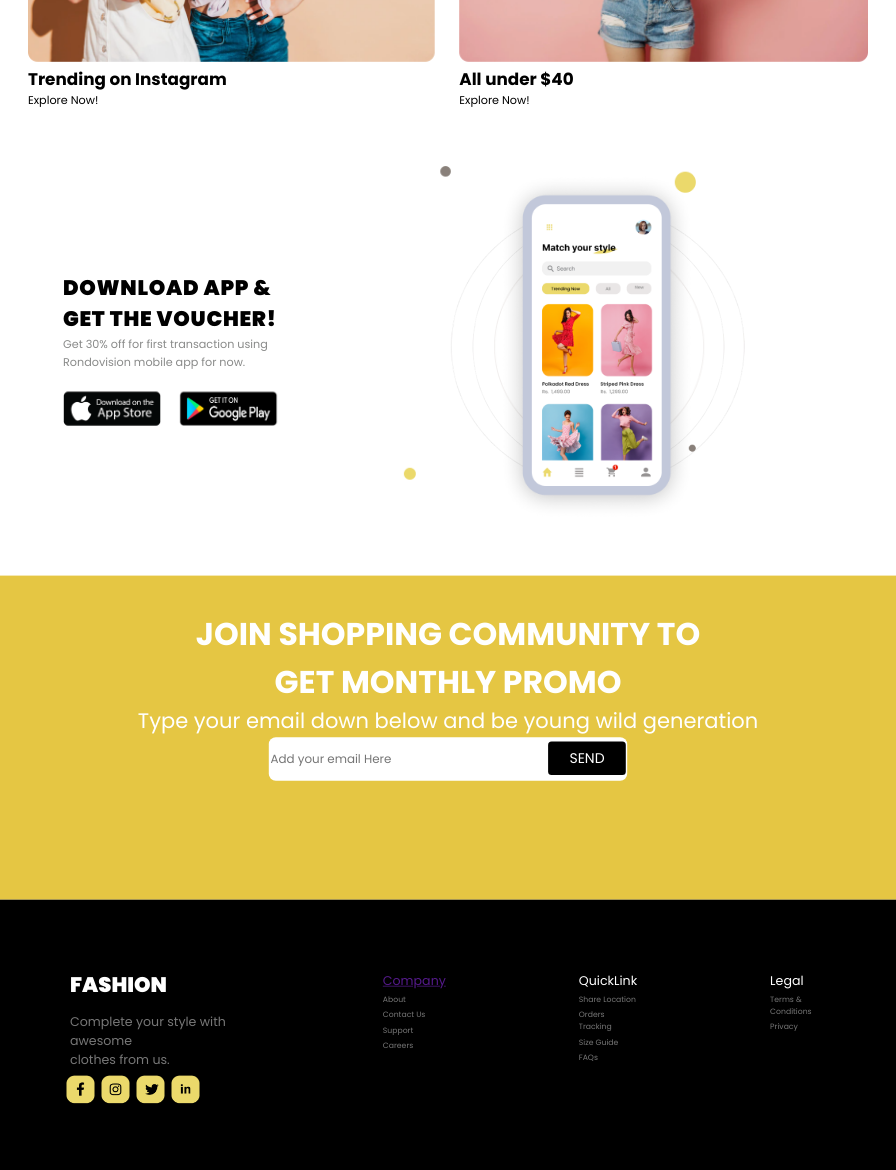
Repository: isaacCodes1/FashionWebsite
Page: index.html
The author's editor kept a copy of each file at every save. The page is drawn from the files as they stood at one save, then again after the next save.
The browser window is 1280 px wide. The pictures show the part of the page from y = 2745 to 4665 px (the page is 4417 px tall before and 4665 px after), at 70% of full size.

Above is the page before, as saved 2024-03-14 11:34:30.

### index.html
<!DOCTYPE html>
<html lang="en">
  <head>
    <meta charset="UTF-8" />
    <meta name="viewport" content="width=device-width, initial-scale=1.0" />
    <title>Shopping Site Assignment</title>
    <link rel="stylesheet" href="style.css" />
  </head>
  <body>
    <header>
      <nav>
        <!--------- NavItems ------->
        <div class="image">
          <a href="#"><img src="/Assets/Vector (3).png" />FASHION</a>
        </div>
        <div class="navItems">
          <ul>
            <li><a href="#">CATALOGUE</a></li>
            <li><a href="#">FASHION</a></li>
            <li><a href="#">FAVORITE</a></li>
            <li><a href="#">LIFESTYLE</a></li>
          </ul>
          <button>SIGN UP</button>
        </div>
      </nav>
    </header>
    <main>
      <!------- FirstPage ------>
      <section class="firstPageCont">
        <div class="FirstPage">
          <div class="txtCont">
            <h1>
              <span class="spn1">LET'S <br /></span>EXPLORE <br />
              <span class="spn2">UNIQUE <br /></span>CLOTHES.
            </h1>
            <p>Live for Influential and Innovative fashion!</p>
            <div class="txtBtn">
              <img src="/Assets/Vector 9.png" alt="" />
              <button class="btns">Shop Now</button>
            </div>
          </div>
          <div class="imgCont">
            <div class="star1"><img src="/Assets/Star 11.png" alt="" /></div>
            <div class="star2"><img src="/Assets/Star 11.png" alt="" /></div>
            <div class="star3"><img src="/Assets/Star 11.png" alt="" /></div>
            <div class="star4"><img src="/Assets/Star 11.png" alt="" /></div>
            <img src="/Assets/girl.png" alt="" />
          </div>
        </div>
      </section>
      <!------ Logos ------->
      <section class="firstPageFooter">
        <div class="logoCont">
          <img src="/Assets/HM.png" alt="" />
          <img src="/Assets/Obey.png" alt="" />
          <img src="/Assets/Shopify.png" alt="" />
          <img src="/Assets/Lacoste.png" alt="" />
          <img src="/Assets/Levis.png" alt="" />
          <img src="/Assets/Amazon.png" alt="" />
        </div>
      </section>
      <section class="nextPageCont">
        <div class="nextPageText">
          <h1>NEW ARRIVALS</h1>
          <img src="/Assets/Vector 9.png" alt="" />
        </div>
        <div class="prettyImages">
          <div class="Images">
            <div class="prettyImg">
              <img src="/Assets/image1.png" alt="" />
            </div>
            <div class="prettyText">
              <div class="txtIcon">
                <h1>Hoodies & Sweatshirt</h1>
                <p>Explore Now!</p>
              </div>
              <div class="icons"></div>
            </div>
          </div>
          <div class="Images">
            <div class="prettyImg">
              <img src="/Assets/image2.png" alt="" />
            </div>
            <div class="prettyText">
              <div class="txtIcon">
                <h1>Coats & Parkas</h1>
                <p>Explore Now!</p>
              </div>
              <div class="icons"></div>
            </div>
          </div>
          <div class="Images">
            <div class="prettyImg">
              <img src="/Assets/image3.png" alt="" />
            </div>
            <div class="prettyText">
              <div class="txtIcon">
                <h1>Tees & T-Shirt</h1>
                <p>Explore Now!</p>
              </div>
              <div class="icons"></div>
            </div>
          </div>
        </div>
      </section>
      <section class="payDay">
        <div class="genDiv">
          <div class="yellowImg">
            <img src="/Assets/image 12.png" alt="" />
          </div>
          <div class="yellowTxt">
            <h1><span class="spn3">PAYDAY</span>SALE NOW</h1>
            <p>
              Spend minimal $100 get 30% off <br />voucher code for your next
              purchase
            </p>
            <p><strong>1 June -10 June 2021</strong></p>
            <p class="para">*Terms &Conditions apply</p>
            <button class="btn">SHOP NOW</button>
          </div>
        </div>
      </section>
      <!--------   Images   ------->
      <section class="nextPageCont">
        <div class="nextPageText">
          <h1>Young's Favorite.</h1>
          <img class="vector" src="/Assets/Vector 9.png" alt="" />
        </div>
        <div class="prettyImages">
          <div class="Images">
            <div class="prettyImg">
              <img src="/Assets/Girls.png" alt="" />
            </div>
            <div class="prettyText">
              <div class="txtIcon">
                <h1>Trending on Instagram</h1>
                <p>Explore Now!</p>
              </div>
              <div class="icons"></div>
            </div>
          </div>

          <div class="Images">
            <div class="prettyImg">
              <img src="/Assets/Rectangle 49.png" alt="" />
            </div>
            <div class="prettyText">
              <div class="txtIcon">
                <h1>All under $40</h1>
                <p>Explore Now!</p>
              </div>
              <div class="icons"></div>
            </div>
          </div>
        </div>
      </section>
      <!---- Apps----->
      <section class="nextPageCont2">
        <div class="nextPageText2">
          <h1>DOWNLOAD APP & <br />GET THE VOUCHER!</h1>
          <p>
            Get 30% off for first transaction using <br />Rondovision mobile app
            for now.
          </p>
          <div class="store">
            <a href="https://www.apple.com/store"
              ><img src="/Assets/Apple Store.png" alt=""
            /></a>
            <a href="https://play.google.com/store/games?hl=en&gl=US&pli=1"
              ><img src="/Assets/Google Play.png" alt=""
            /></a>
          </div>
        </div>
        <div class="Images2">
          <div class="prettyImg2">
            <img src="/Assets/Mobile app.png" alt="" />
            <div class="circle1"><img src="/Assets/circle.png" alt="" /></div>
            <div class="circley"><img src="/Assets/circle y.png" alt="" /></div>
            <div class="circleye">
              <img src="/Assets/circle y.png" alt="" />
            </div>
            <div class="circle2"><img src="/Assets/circle.png" alt="" /></div>
            <div class="bigC"><img src="/Assets/back1.png" alt="" /></div>
            <div class="largeC">
              <img src="/Assets/lagrescircle.png" alt="" />
            </div>
            <div class="largeC1">
              <img src="/Assets/lagrescircle.png" alt="" />
            </div>
          </div>
        </div>
        <div class="icons"></div>
      </section>
      <!------ Footer ------>
      <section class="footer">
        <div class="footerDiv">
          <div class="h1footer">
            <h1>
              JOIN SHOPPING COMMUNITY TO <br />
              GET MONTHLY PROMO
            </h1>
          </div>
          <div class="pFooter">
            <p>Type your email down below and be young wild generation</p>
            <div class="input">
              <input
                class="input"
                type="text"
                placeholder="Add your email Here"
              />
              <a href="damizickola@gmail.com">SEND</a>
            </div>
          </div>
        </div>
      </section>
      <section class="foot">
        <div class="footDiv">
          <div class="footTxt">
            <h1>FASHION</h1>
            <p>
              Complete your style with awesome <br />
              clothes from us.
            </p>
            <div class="socialIcons">
              <div class="icon">
               <a href="https://www.facebook.com/profile.php?id=61551880766580"> <img src="/Assets/Facebook.png" alt="" /></a>
              </div>
              <div class="icon">
                <a href="https://www.instagram.com/"><img src="/Assets/Instagram.png" alt="" /></a>
              </div>
              <div class="icon">
                <a href="#"><img src="/Assets/Twitter.png" alt="" /></a>
              </div>
              <div class="icon">
                <a href="#"><img src="/Assets/Linkedn.png" alt="" /></a>
              </div>
            </div>
          </div>

          <div class="socialIcons">
            <div class="links">
              <div class="links1"><a href="">Company</div></a>
              <div class="links2"><a href=""></a>About</div>
              <div class="links2">Contact Us</div>
              <div class="links2">Support</div>
              <div class="links2">Careers</div>
            </div>
            <div class="links">
              <div class="links1">QuickLink</div>
              <div class="links2">Share Location</div>
              <div class="links2">Orders Tracking</div>
              <div class="links2">Size Guide</div>
              <div class="links2">FAQs</div>
            </div>
            <div class="links">
              <div class="links1">Legal</div>
              <div class="links2">Terms & Conditions</div>
              <div class="links2">Privacy</div>
            </div>
          </div>
        </div>
      </section>
    </main>
  </body>
</html>

### style.css
@import url("https://fonts.googleapis.com/css2?family=Poppins:ital,wght@0,100;0,200;0,300;0,400;0,500;0,600;0,700;0,800;0,900;1,100;1,200;1,300;1,400;1,500;1,600;1,700;1,800;1,900&display=swap");
* {
  margin: 0;
  padding: 0;
  box-sizing: border-box;
  font-family: "Poppins", sans-serif;
}
nav {
  display: flex;
  align-items: center;
  justify-content: space-between;
  width: 100%;
  padding: 20px 40px;
}
.image a {
  display: flex;
  align-items: center;
  gap: 6px;
  text-decoration: none;
  color: #000;
  font-size: 16px;
  font-weight: 900;
}
.image a img {
  width: 16%;
}
.navItems {
  display: flex;
  gap: 30px;
  align-items: center;
}
.navItems ul {
  display: flex;
  gap: 30px;
  list-style: none;
}
.navItems ul li a {
  text-decoration: none;
  color: #000;
  font-size: 16px;
  font-weight: 500;
}
.navItems ul li:hover {
  transform: scale(1.05);
  transition: 1s ease-in-out;
}
.navItems button {
  border: 0;
  background: #000;
  padding: 10px 20px;
  color: #fff;
  border-radius: 5px;
  font-size: 13px;
}
.navItems button:hover {
  transform: scale(1.05);
  transition: 1s ease-in-out;
  color: #000;
  background: rgb(137, 136, 136);
}
/* firstPageCtn */
.firstPageCont {
  padding: 20px 40px;
}
.FirstPage {
  display: flex;
  flex: 1;
  width: 100%;
  height: 90vh;
  padding: 40px 10px 0px 10px;
  border-radius: 30px;
  background: #f4f6f5;
}
.txtCont {
  display: flex;
  flex: 0.5;
  flex-direction: column;
  gap: 10px;
  padding-left: 40px;
}

.txtCont h1 {
  font-size: 64px;
  font-weight: 900;
  width: 50%;
  line-height: 75px;
}

.txtCont p {
  font-size: 20px;
}
.txtBtn {
  display: flex;
  align-items: center;
  width: 80%;
  margin-top: 10px;
  gap: 10px;
}
.btns {
  border: 0;
  background: #000;
  padding: 10px 20px;
  color: #fff;
  border-radius: 5px;
  font-size: 13px;
}
.btns:hover {
  transform: scale(1.05);
  transition: 1s ease-in-out;
  color: #000;
  background: rgb(137, 136, 136);
}
.txtBtn img {
  width: 100px;
}
.imgCont {
  flex: 0.5;
  display: flex;
  position: relative;
}
.star1 {
  position: absolute;
  top: 5px;
  left: 10px;
}
.star1 img {
  width: 30px;
}
.star2 {
  position: absolute;
  top: 20px;
  left: 450px;
}
.star2 img {
  width: 30px;
}
.star3 {
  position: absolute;
  bottom: 10px;
  left: 70px;
}
.star3 img {
  width: 30px;
}
.star4 {
  position: absolute;
  bottom: 20px;
  left: 400px;
}
.star4 img {
  width: 30px;
}
.spn1 {
  display: flex;
  align-items: center;
  background-image: url(/Assets/rectangle1.png);
  background-size: cover;
  background-repeat: no-repeat;
  width: 100%;
  padding-left: 20px;
}
.spn2 {
  background-image: url(/Assets/Rectangle2.png);
  background-size: cover;
  background-repeat: no-repeat;
  padding-right: 50px;
  padding-left: 20px;
}
/* next Page */
.firstPageFooter {
  background: #ebd96b;
  padding: 20px 30px;
  display: flex;
  align-items: center;
  justify-content: center;
}
.logoCont {
  display: flex;
  justify-content: center;
  gap: 50px;
}
.logoCont img {
  width: 7%;
}
.nextPageCont {
  margin-top: 20px;
  padding: 20px 40px;
  display: flex;
  flex-direction: column;
  gap: 55px;
  margin-bottom: 50px;
}
.nextPageText {
  position: relative;
}
.nextPageText h1 {
  font-size: 38px;
  letter-spacing: 1px;
  font-weight: 900;
}
.nextPageText img {
  position: absolute;
  bottom: 5px;
  left: 200px;
  width: 10%;
  z-index: -1;
}
.prettyImages {
  display: flex;
  gap: 35px;
}

.prettyImg img {
  width: 100%;
}
.payDay {
  background: linear-gradient(
    1.32deg,
    #e0c340 0.13%,
    #dfc23e 3.97%,
    #e1c441 7.2%,
    #e3c743 10.13%,
    #e4c542 12.98%,
    #e6c744 15.99%,
    #e7c845 19.52%,
    #e5c643 23.96%,
    #e6c945 30.43%,
    #e3c743 36.49%,
    #e9ca48 42.49%,
    #edce49 49.35%,
    #f0d44c 55.42%,
    #f4d84f 61.43%,
    #f6da52 65.74%,
    #f7db53 72.23%,
    #f9dd55 77.43%,
    #f9df56 83.84%,
    #fae157 91.52%,
    #f9df56 97.87%
  );
}
.yellowTxt {
  flex-direction: column;
  margin-bottom: 10px;
}
.yellowTxt h1 {
  font-size: 65px;
  font-weight: 900;
}
.yellowTxt p {
  font-size: 22px;
  font-weight: 500;
}

.yellowImg img {
  flex: 0.5;
  display: flex;
  width: 600px;
  position: relative;
}

.genDiv {
  display: flex;
  align-items: center;
}
.btn {
  border: 0;
  background: #000;
  padding: 15px 25px;
  color: #fff;
  border-radius: 5px;
  font-size: 18px;
  font-weight: 500;
}
.btn:hover {
  transform: scale(1.05);
  transition: 1s ease-in-out;
  color: #000;
  background: rgb(137, 136, 136);
}
.spn3 {
  display: flex;
  background-image: url(/Assets/rectangle1.png);
  background-size: cover;
  background-repeat: no-repeat;
  width: 300px;
}
.nxtSect {
  margin-top: 20px;
  padding: 20px 40px;
  display: flex;
  flex-direction: column;
  gap: 50px;
  margin-bottom: 50px;
}
.nxtSectText {
  position: relative;
}
.nxtSectText h1 {
  font-size: 38px;
  letter-spacing: 1px;
  font-weight: 900;
}
.nxtSectText img {
  position: absolute;
  bottom: 6px;
  left: 250px;
  width: 10%;
  z-index: -1;
}
.assetText {
  display: flex;
  flex-direction: column;
}

/* storeSection */
.nextPageCont1 {
  margin-top: 20px;
  padding: 20px 40px;
  display: flex;
  flex-direction: column;
  gap: 50px;
  margin-bottom: 50px;
}
.nextPageText1 {
  position: relative;
  margin-left: 70px;
}
.nextPageText1 h1 {
  font-size: 38px;
  letter-spacing: 1px;
  font-weight: 900;
}
.prettyImages1 {
  display: flex;
  gap: 35px;
}
.prettyImg1 img {
  width: 40%;
  cursor: pointer;
}
.Images2 {
  display: flex;
}
.prettyImg2 {
  position: relative;
}
.prettyImg2 img {
  width: 70;
  height: 500px;
  margin-left: 70px;
}
.nextPageCont2 {
  margin-top: 20px;
  padding: 20px 40px;
  display: flex;
  gap: 50px;
  margin-bottom: 50px;
  display: flex;
  justify-content: space-between;
  align-items: center;
}
.nextPageText2 {
  display: flex;
  flex-direction: column;
  margin-left: 50px;
}
.nextPageText2 p {
  margin-bottom: 30px;
  color: #898a89;
}
.nextPageText2 h1 {
  font-size: 30px;
  letter-spacing: 1px;
  font-weight: 900;
}
.nextPageText2 img {
  width: 30%;
  cursor: pointer;
  display: flex;
}
.store {
  display: flex;
  justify-content: space-between;

}
.store a img{
   width: 140px;
   gap: 50px;
}
.circle1 {
  position: absolute;
  right: 350px;
  bottom: 500px;
}
.circle1 img {
  width: 15px;
  height: 15px;
  display: flex;
}
.circley {
  position: absolute;
  right: 0;
  bottom: 470px;
}
.circley img {
  width: 30px;
  height: 30px;
}
.circleye {
  position: absolute;
  right: 400px;
  bottom: 60px;
}
.circleye img {
  width: 17px;
  height: 17px;
}
.circle2 {
  position: absolute;
  right: 0;
  bottom: 100px;
}
.circle2 img {
  width: 10px;
  height: 10px;
}
.elipses {
  position: absolute;
}
.bigC {
  position: absolute;
  right: -12px;
  bottom: 100px;
  z-index: -1;
}
.bigC img {
  width: 300px;
  height: 300px;
  background: transparent;
}

.largeC {
  position: absolute;
  right: -41px;
  bottom: 70px;
  z-index: -1;
}
.largeC img {
  width: 360px;
  height: 360px;
  /* background: transparent; */
}
.largeC1 {
  position: absolute;
  right: -70px;
  bottom: 50px;
  z-index: -1;
}
.largeC1 img {
  width: 420px;
  height: 400px;
}
.footerDiv {
  background: #e5c643;
  padding-bottom: 170px;
}
.h1footer {
  color: #fff;
  text-align: center;
  padding-top: 50px;
  font-size: 30px;
  font-weight: 1000;
}
.pFooter {
  display: flex;
  flex-direction: column;
  justify-content: center;
  align-items: center;
  text-align: center;
  color: #fff;
  font-size: 30px;
}

.input {
  background: #fff;
  width: 40%;
  padding: 5px 0px;
  border-radius: 10px;
}
.input input {
  background: none;
  border: 0;
  padding: 13px 0px 13px 0px;
  width: 76%;
  font-size: 17px;
  outline: 0;
}
.input a {
  font-size: 20px;
  text-decoration: 0;
  color: #fff;
  background: #000;
  padding: 10px 30px;
  border-radius: 5px;
}
.input a:hover{
  transform: scale(1.05);
  transition: 1s ease-in-out;
  color: #000;
  background: rgb(137, 136, 136);
}

.footDiv {
  display: flex;
  background: #000;

  place-items: center;
  padding: 100px;
}

.footTxt {
  display: flex;
  flex-direction: column;
  gap: 15px;
}
.footTxt h1 {
  color: #fff;
  font-size: 30px;
  font-weight: 900;
}
.footTxt p {
  color: #777;
  font-size: 18px;
}
.socialIcons {
  display: flex;
  gap: 20px;
}

.icon {
  background: #ebd96b;
  width: 30px;
  display: flex;
  align-items: center;
  justify-content: center;
  height: 30px;
  border-radius: 8px;
}
.icon img {
  display: flex;
  align-items: center;
  width: 40px;
  place-items: center;
}
.links {
  margin-left: 150px;
  padding-right: 20px;
  margin-bottom: 50px;
}
.links1 {
  display: flex;
  flex-direction: column;
  color: #fff;
  font-size: 18px;
  margin-top: 0px;
}
.links2 {
  color: #777;
  font-size: 11px;
  padding-top: 5px;
}

After the next save:
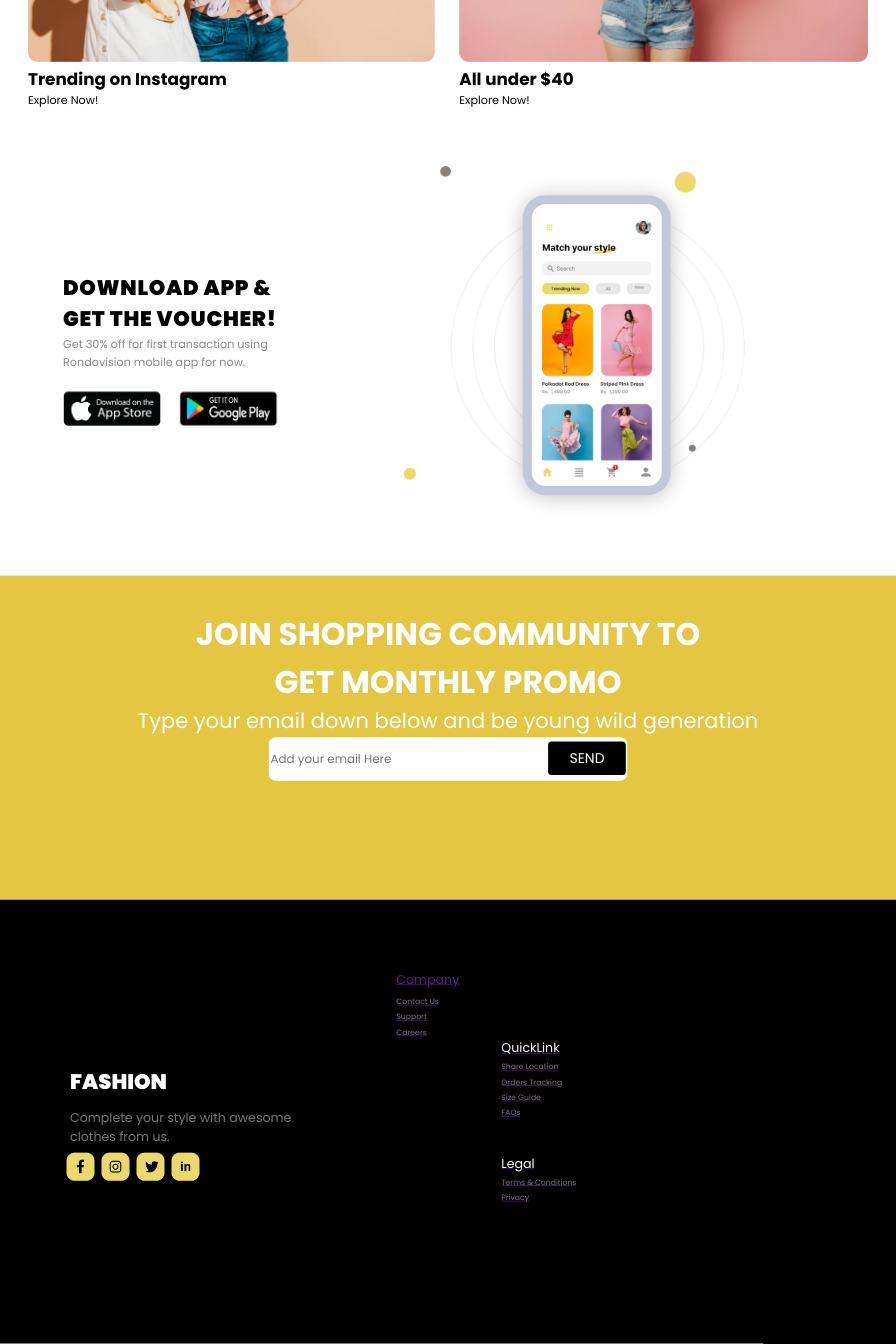
Saved 4 s later.
--- a/index.html
+++ b/index.html
@@ -240,7 +240,7 @@
           <div class="socialIcons">
             <div class="links">
               <div class="links1"><a href="">Company</div></a>
-              <div class="links2"><a href=""></a>About</div>
+              <div class="links2"><a href=""><About</div>
               <div class="links2">Contact Us</div>
               <div class="links2">Support</div>
               <div class="links2">Careers</div>

After the 3 saves that followed:
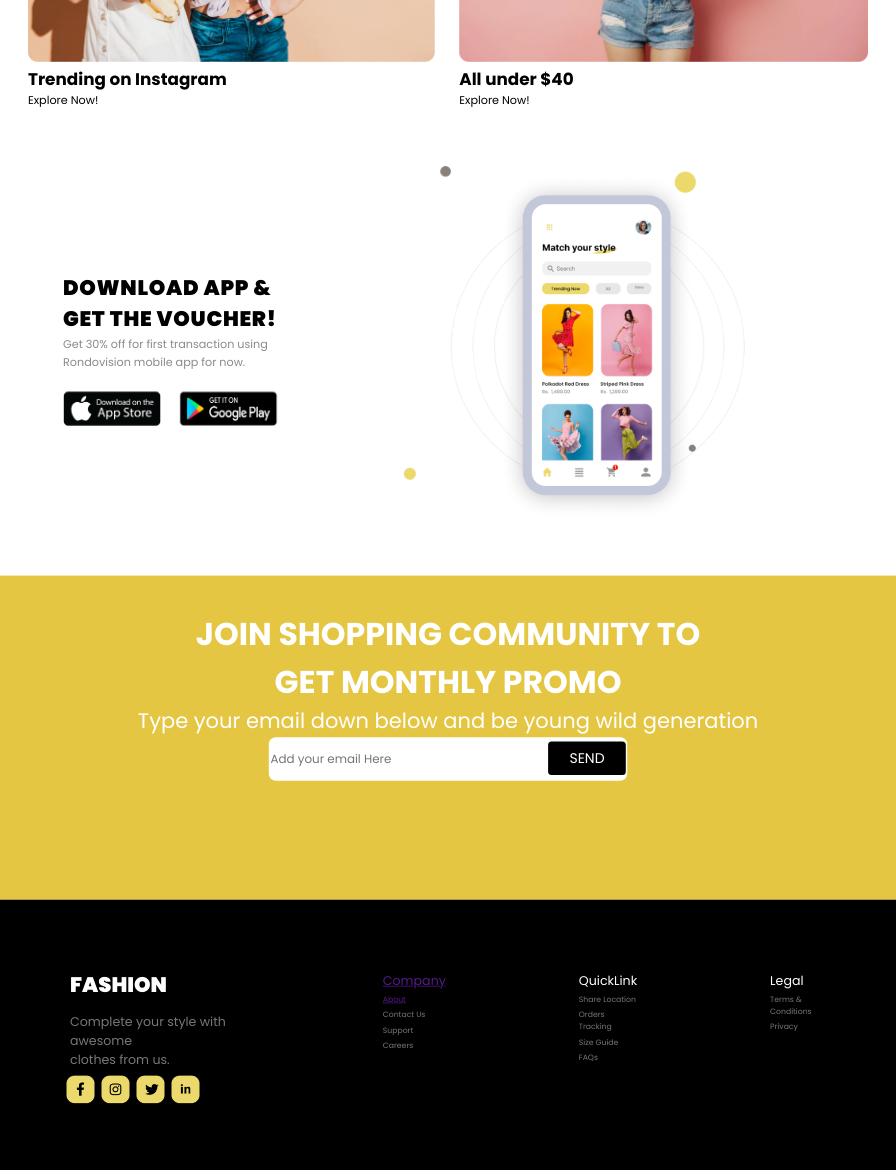
The 3 saves are shown as one change because they came seconds apart.
The last was saved 12 s later.
--- a/index.html
+++ b/index.html
@@ -240,7 +240,7 @@
           <div class="socialIcons">
             <div class="links">
               <div class="links1"><a href="">Company</div></a>
-              <div class="links2"><a href=""><About</div>
+              <div class="links2"><a href="">About</div></a>
               <div class="links2">Contact Us</div>
               <div class="links2">Support</div>
               <div class="links2">Careers</div>
